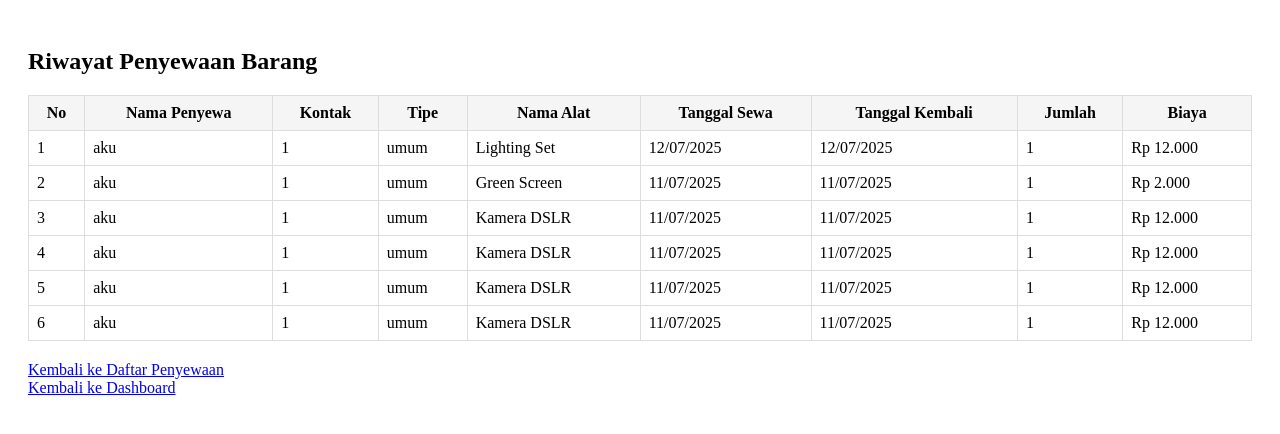
Repository: fatkquladhim/multimedia_app
Page: http://localhost/admin/penyewaan/riwayat-penyewaan-barang.php
These files come from the project's save history. The page is drawn as it stood at one moment and after the next save; the edit follows.
The browser window is 1280 px wide. The pictures show the whole page.
The page is run by PHP 8.4 with error messages shown; the project is at /var/www/html/. The session is filled in as if someone had signed in: {"user_id": 2, "username": "asep", "role": "admin"}. The database holds what the project's SQL file puts in it.

Above is the page before, as saved 2025-07-14 13:34:48.

After the next save:
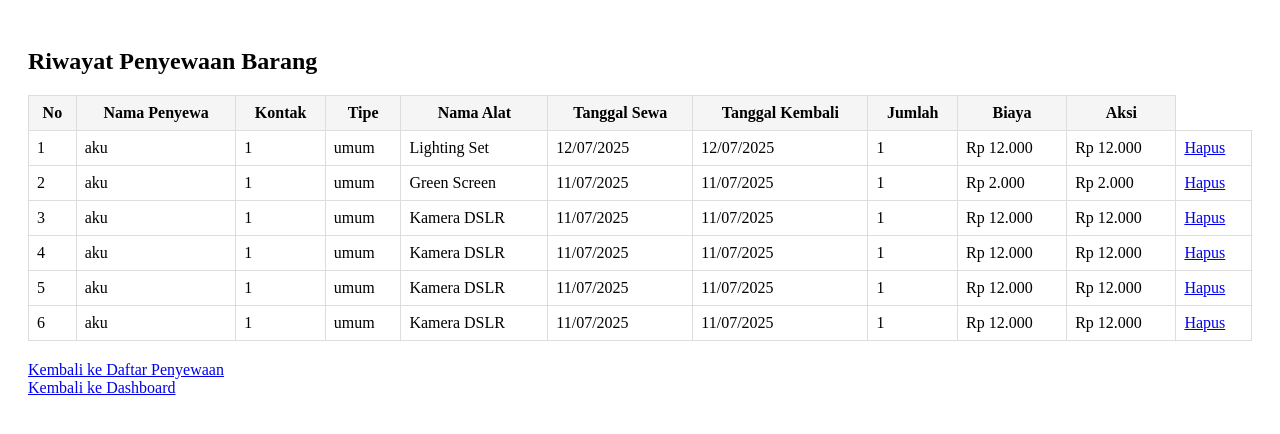
Saved 4 min 6 s later.
--- a/admin/penyewaan/riwayat-penyewaan-barang.php
+++ b/admin/penyewaan/riwayat-penyewaan-barang.php
@@ -64,6 +64,7 @@ $result = $conn->query($query);
                         <th>Tanggal Kembali</th>
                         <th>Jumlah</th>
                         <th>Biaya</th>
+                        <th>Aksi</th>
                     </tr>
                 </thead>
                 <tbody>
@@ -81,6 +82,10 @@ $result = $conn->query($query);
                         <td><?php echo $row['tanggal_kembali'] ? date('d/m/Y', strtotime($row['tanggal_kembali'])) : '-'; ?></td>
                         <td><?php echo $row['jumlah']; ?></td>
                         <td>Rp <?php echo number_format($row['biaya'], 0, ',', '.'); ?></td>
+                        <td>Rp <?php echo number_format($row['biaya'], 0, ',', '.'); ?></td>
+                        <td>
+                            <a href="riwayat-penyewaan-hapus.php?id=<?php echo $row['id']; ?>" onclick="return confirm('Yakin ingin menghapus riwayat ini?')">Hapus</a>
+                        </td>
                     </tr>
                     <?php endwhile; ?>
                 </tbody>
